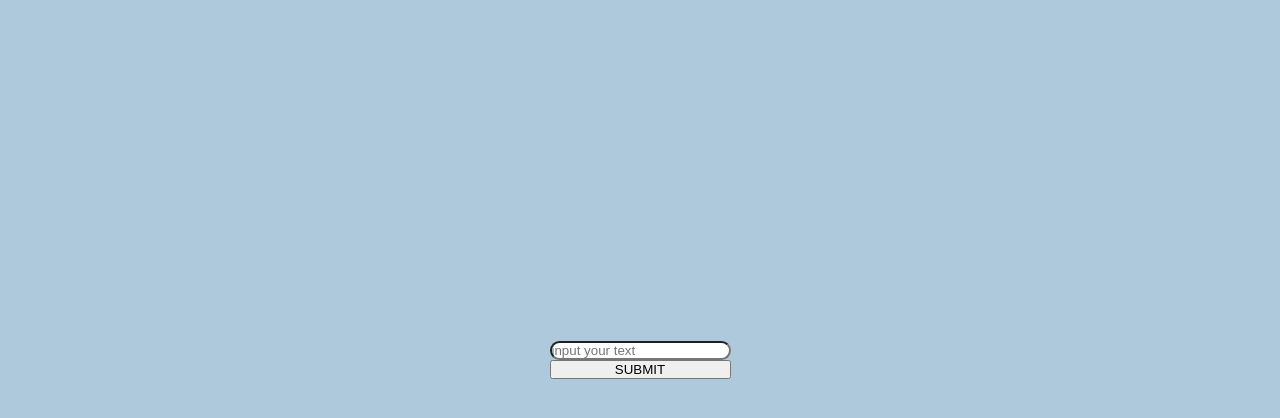
Repository: haykgrigoryan077/wheater-forecast
Page: /
These files come from the project's save history. The page is drawn as it stood at one moment and after the next save; the edit follows.
The browser window is 1280 px wide. The pictures show the whole page.
The project was rebuilt for these pictures with package versions that can differ from the ones it lists, and the page was loaded fresh each time. Also part of the build but not shown: src/index.css, src/ShowData/style.css, src/ShowData/index.js.

Above is the page before, as saved 2022-08-25 16:21:18.

After the next save:
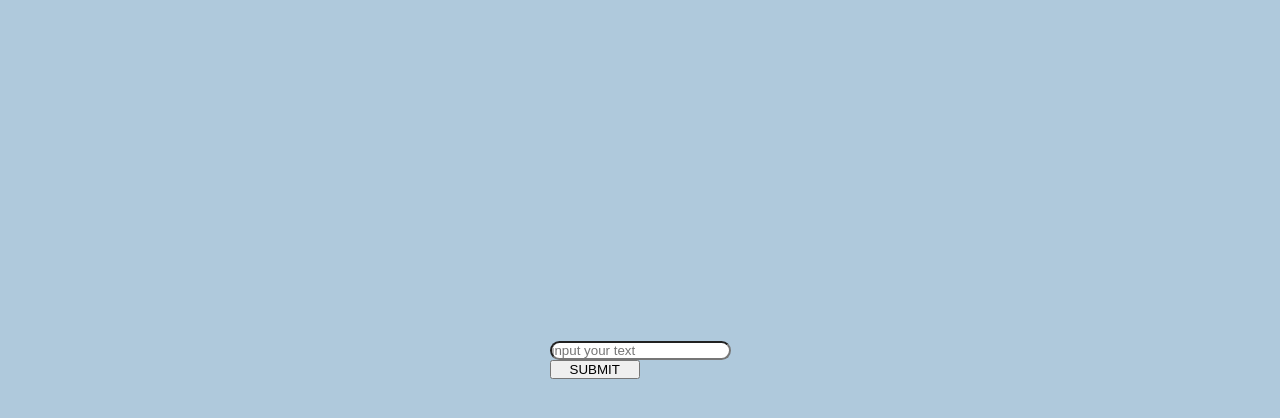
Saved 42 s later.
--- a/src/Inputs/style.css
+++ b/src/Inputs/style.css
@@ -6,3 +6,7 @@
 .inputCity {
     border-radius: 12px;
 }
+
+.searchButton {
+    width: 50%;
+}

After the save that followed:
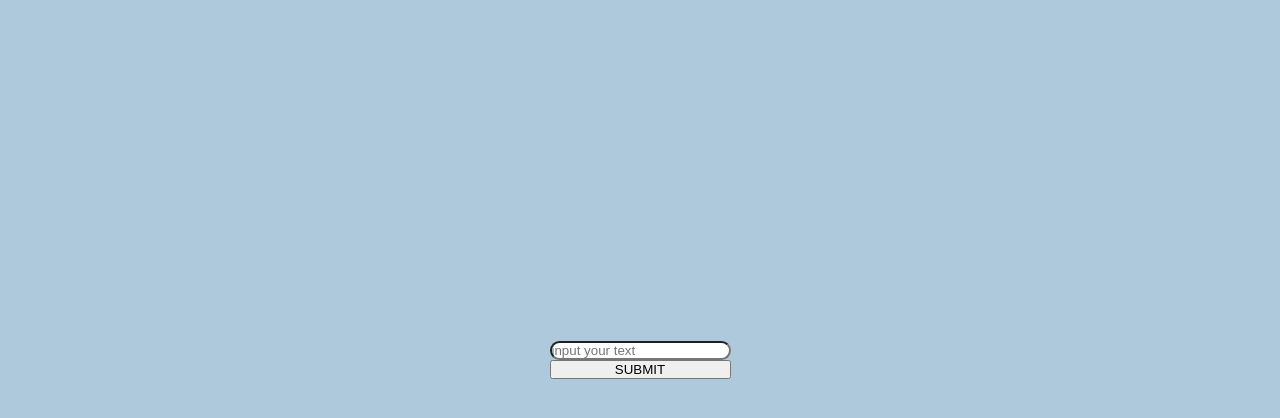
Saved 56 s later.
--- a/src/Inputs/style.css
+++ b/src/Inputs/style.css
@@ -7,6 +7,4 @@
     border-radius: 12px;
 }
 
-.searchButton {
-    width: 50%;
-}
+.searchButton {}
